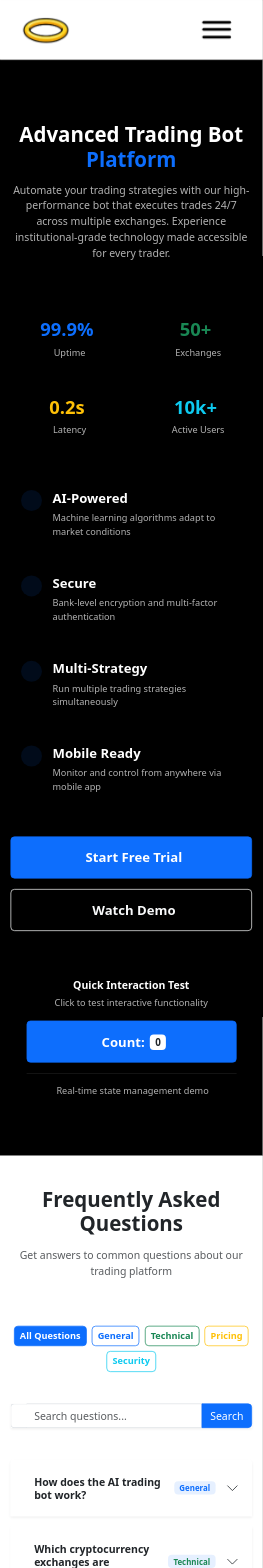
Repository: Kevin-Pro-Codes/halo-trading
Page: /
The author's editor kept a copy of each file at every save. The page is drawn from the files as they stood at one save, then again after the next save.
The browser window is 375 px wide. The pictures show the part of the page from y = 0 to 2240 px (the page is 38135 px tall before and 39017 px after), at 70% of full size.
The page's requests for data from a server got no answer. The project was rebuilt for these pictures with package versions that can differ from the ones it lists, and the page was loaded fresh each time. Some packages were replaced by stand-ins written for this rebuild. No one was signed in, and anything a server would have sent is missing. Also part of the build but not shown: vite.config.js, src/styles/DocStyle.css, src/styles/PricingStyle.css.

Above is the page before, as saved 2025-12-09 21:17:39.

After the next save:
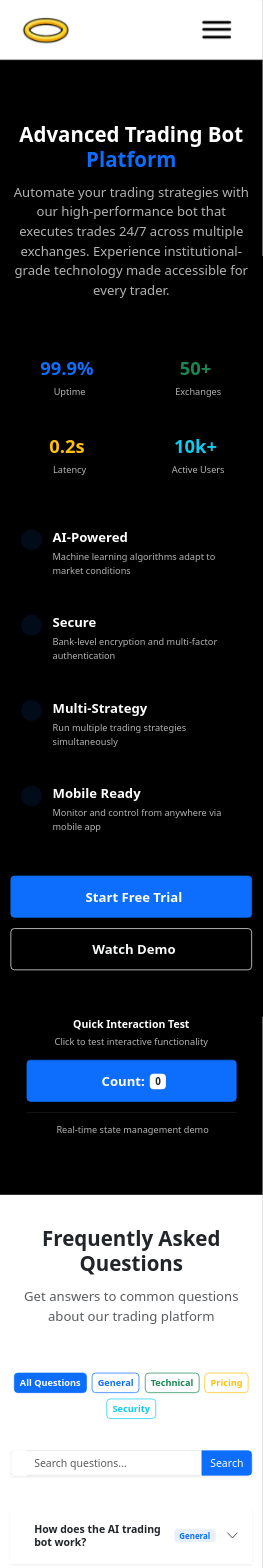
Saved 25 s later.
--- a/src/components/LatestSection.jsx
+++ b/src/components/LatestSection.jsx
@@ -348,35 +348,7 @@ const LatestSection = () => {
           flex: 1;
         }
 
-        /* Mobile-specific adjustments */
-        @media (max-width: 768px) {
-          .display-6 {
-            font-size: 2rem !important;
-          }
-
-          .card {
-            margin-bottom: 1rem;
-          }
-
-          .btn-sm {
-            padding: 0.25rem 0.5rem !important;
-            font-size: 0.875rem !important;
-          }
-        }
-
-        @media (max-width: 576px) {
-          .display-6 {
-            font-size: 1.75rem !important;
-          }
-
-          .lead {
-            font-size: 1rem !important;
-          }
-
-          .card-body {
-            padding: 1rem !important;
-          }
-        }
+
       `}</style>
     </section>
   );
